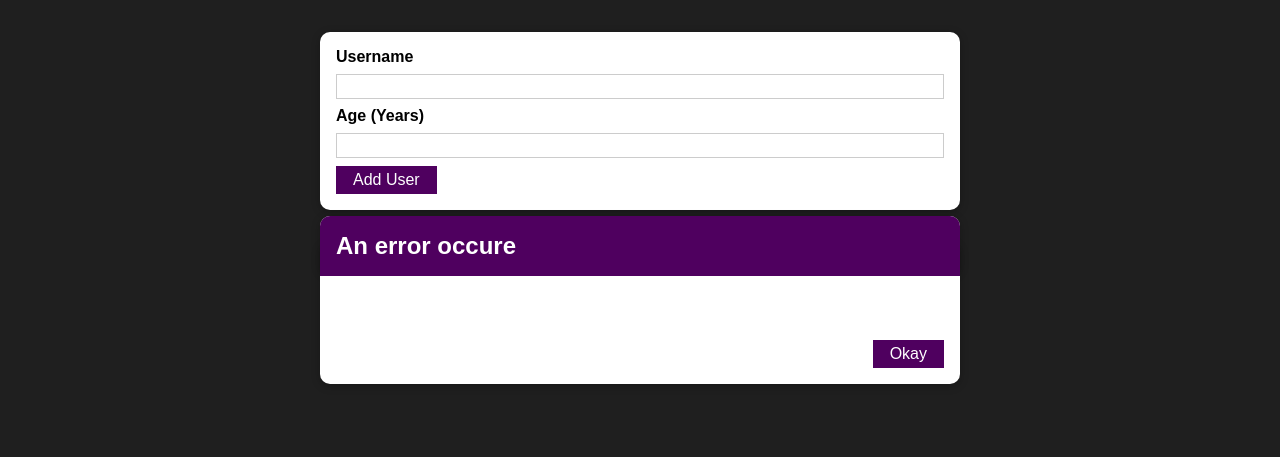
Repository: wenxi0504/React-userInput
Page: /
The author's editor kept a copy of each file at every save. The page is drawn from the files as they stood at one save, then again after the next save.
The browser window is 1280 px wide. The pictures show the whole page.
The project was rebuilt for these pictures with package versions that can differ from the ones it lists, and the page was loaded fresh each time.

Above is the page before, as saved 2022-06-01 00:51:08.

After the next save:
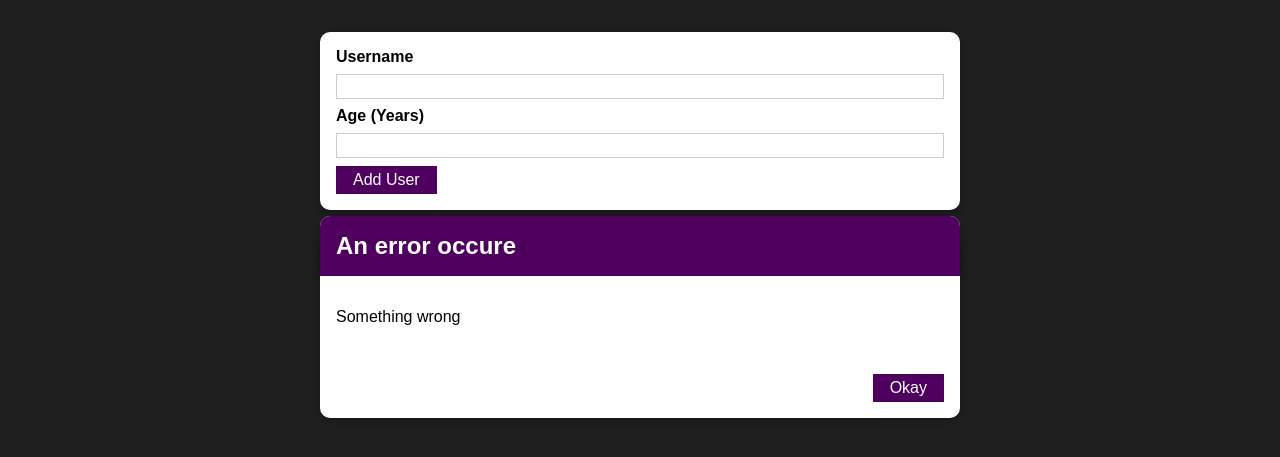
Saved 24 s later.
--- a/src/components/Users/AddUser.js
+++ b/src/components/Users/AddUser.js
@@ -36,7 +36,7 @@ const AddUser = (props) => {
   // addUserHandler()means call immediately value是双向绑定使value为最新的值
   return (
     <div>
-      <ErrorModel title="An error occure" message="" />
+      <ErrorModel title="An error occure" message="Something wrong" />
       <Card className={classes.input}>
         <form onSubmit={addUserHandler}>
           <label htmlFor="username">Username</label>
